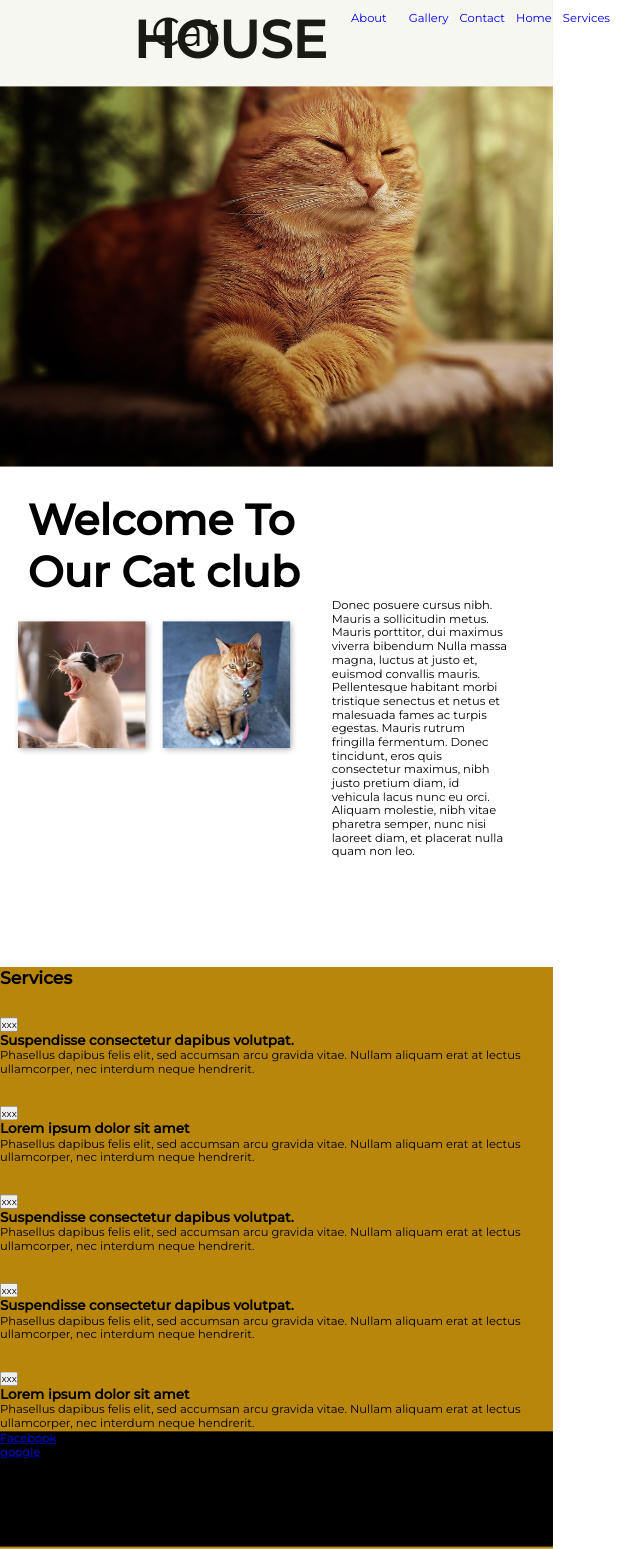
Repository: raul4264/final
Page: index.html
An editor plug-in stored every save of this project. The page is shown before and after the next save, followed by the edit.
The browser window is 768 px wide. The page is 871 px wide, then 768 px, so the pictures cover 871 px, including what lies to the right of the window. The pictures show the whole page, at 72% of full size.

Above is the page before, as saved 2021-03-24 13:31:41.

After the next save:
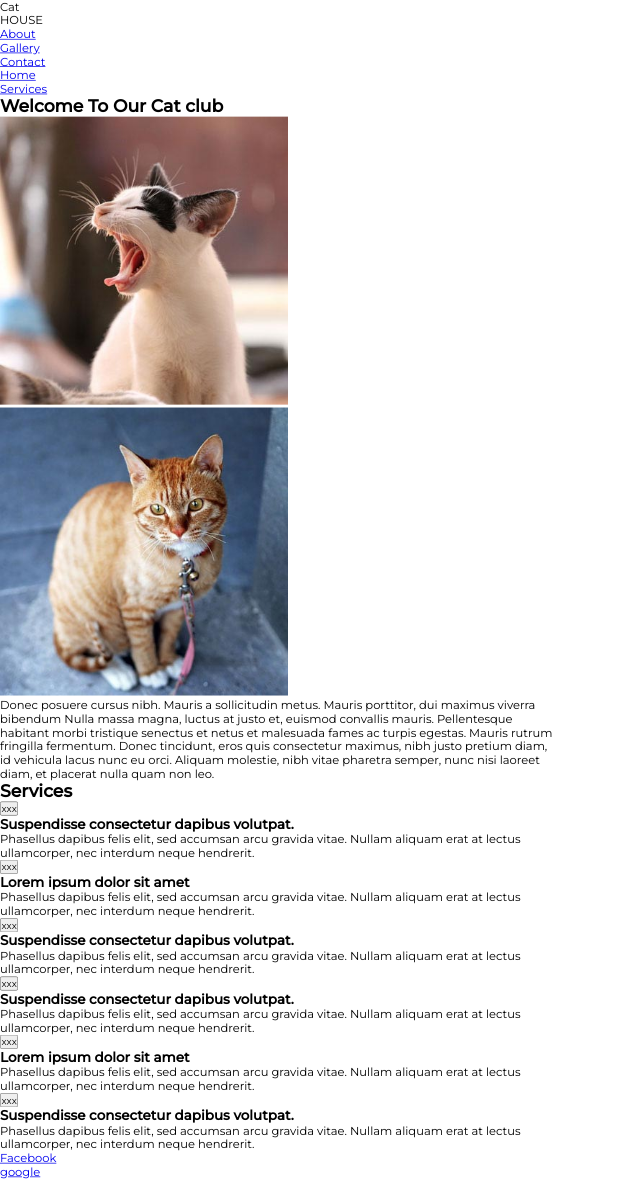
Saved 45 s later.
--- a/css/estilos.css
+++ b/css/estilos.css
@@ -5,7 +5,7 @@
     margin: 0;
     padding: 0;
 }
-@media screen and (min-width: 620px) and (max-width: 800px) {
+media screen and (min-width: 620px) and (max-width: 800px) {
 #grilla {
     display: grid;
     grid-template-columns: 100%;
@@ -130,7 +130,6 @@ footer {
     grid-template-columns: ;
     grid-template-rows: ;
 }
-}
 /*..............................................*/
 /*PRIMER MEDIA
 /*--------------MEDIA @ QUERY...................*/
